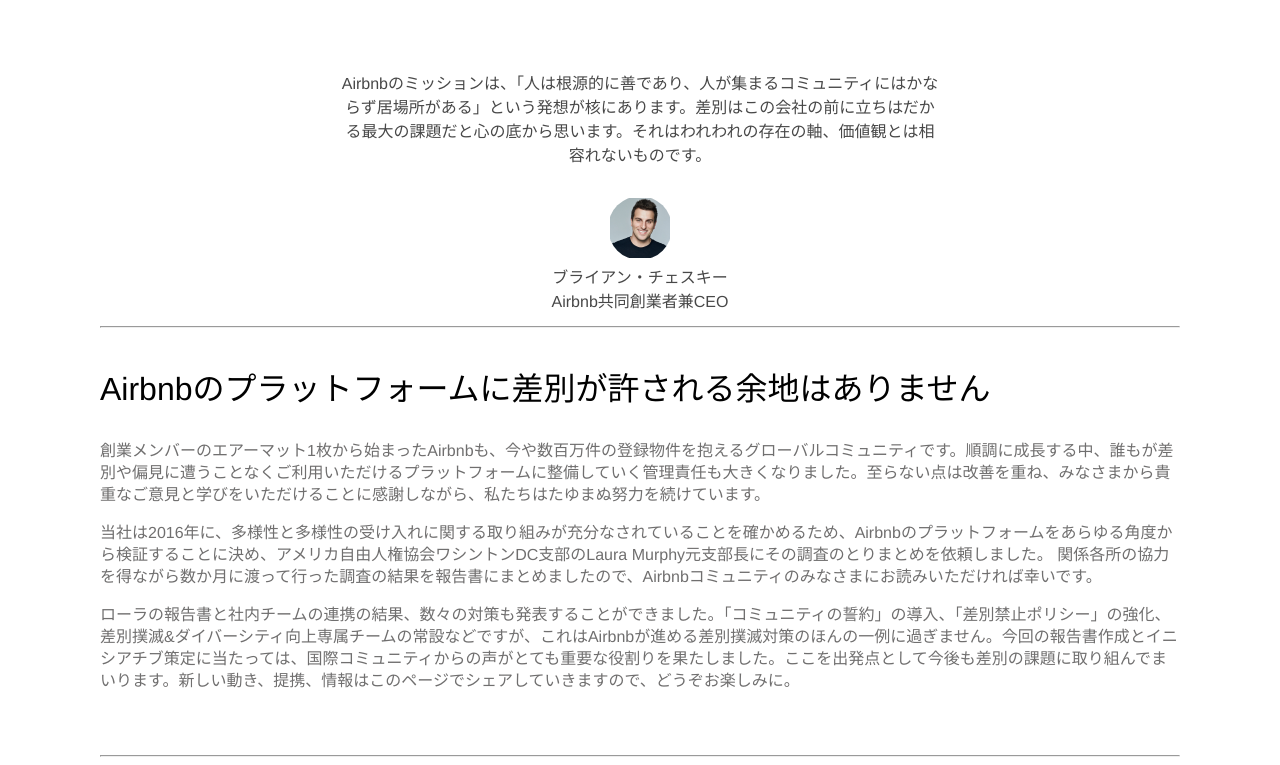
Repository: Ryoma-tech/20200622_htmlcss01
Page: index.html
These files come from the project's save history. The page is drawn as it stood at one moment and after a run of saves; the edit follows.
The browser window is 1280 px wide. The pictures show the part of the page from y = 648 to 1448 px (the page is 1413 px tall before and 1448 px after).

Above is the page before, as saved 2020-06-23 15:52:23.

### index.html
<!DOCTYPE html>
<html lang="en">
<head>
    <meta charset="UTF-8">
    <meta name="viewport" content="width=device-width, initial-scale=1.0">
    <title>Document</title>
    <link rel="stylesheet" href="style.css">
</head>
<body>
    <header>
            <h1><img src="images/Vector.png" alt=""></h1>
            <div class="topSearchBar">
                <img src="images/Frame.png" height="18" width="18" class="searchBarIcon"></img>
                <input type="text" placeholder="探す">
            </div>
            <nav>
                <ul>
                    <li><a href=""><img src="images/Frame (1).png" alt="" height="12" width="12" class="jpIcon"> 日本語(JP)</a></li>
                    <li><a href="">¥ JPY</a></li>
                    <li><a href="">ホストをはじめる</a></li>
                    <li><a href="">ヘルプ</a></li>
                    <li><a href="">登録する</a></li>
                    <li><a href="">ログイン</a></li>
                </ul>
            </nav>
    </header>
    <main>
        <div class="topWrapper">
                <div class="topMessage">
                    <h1>多様な国際コミュニティが、<br>Airbnbを生かす</h1>
                    <p>あらゆるホストとゲストを受け容れるプラットフォームを築くことが、Airbnbの一番大きな目標です。私たちは常に改善を続けていきます。</p>
                </div>
        </div>
        <article>
            <section>
                <div class="container">
                    <div class="section1">
                        <div class="desc1">
                            <p>Airbnbのミッションは、「人は根源的に善であり、人が集まるコミュニティにはかならず居場所がある」という発想が核にあります。差別はこの会社の前に立ちはだかる最大の課題だと心の底から思います。それはわれわれの存在の軸、価値観とは相容れないものです。
                            </p>
                        </div>
                        <div class="ceoProfile">
                            <img src="/images/Rectangle (1).png" alt="">
                            <p>ブライアン・チェスキー</p>
                            <p>Airbnb共同創業者兼CEO</p>
                        </div>
                    </div>
                    <hr>
                </div>
            </section>
            <section>
                <div class="container">
                    <div class="section2">
                        <h2>Airbnbのプラットフォームに差別が許される余地はありません</h2>
                        <p>創業メンバーのエアーマット1枚から始まったAirbnbも、今や数百万件の登録物件を抱えるグローバルコミュニティです。順調に成長する中、誰もが差別や偏見に遭うことなくご利用いただけるプラットフォームに整備していく管理責任も大きくなりました。至らない点は改善を重ね、みなさまから貴重なご意見と学びをいただけることに感謝しながら、私たちはたゆまぬ努力を続けています。</p>
                        <p>当社は2016年に、多様性と多様性の受け入れに関する取り組みが充分なされていることを確かめるため、Airbnbのプラットフォームをあらゆる角度から検証することに決め、アメリカ自由人権協会ワシントンDC支部のLaura
                        Murphy元支部長にその調査のとりまとめを依頼しました。 関係各所の協力を得ながら数か月に渡って行った調査の結果を報告書にまとめましたので、Airbnbコミュニティのみなさまにお読みいただければ幸いです。</p>
                        <p>ローラの報告書と社内チームの連携の結果、数々の対策も発表することができました。「コミュニティの誓約」の導入、「差別禁止ポリシー」の強化、差別撲滅&ダイバーシティ向上専属チームの常設などですが、これはAirbnbが進める差別撲滅対策のほんの一例に過ぎません。今回の報告書作成とイニシアチブ策定に当たっては、国際コミュニティからの声がとても重要な役割りを果たしました。ここを出発点として今後も差別の課題に取り組んでまいります。新しい動き、提携、情報はこのページでシェアしていきますので、どうぞお楽しみに。</p>
                    </div>
                    <hr>
                </div>
            </section>
        </article>
    </main>
</body>
</html>

### style.css
html, body, div, span, object, iframe, h1, h2, h3, h4, h5, h6, p, blockquote, pre, abbr, address, cite, code, del, dfn, em, img, ins, kbd, q, samp, small, strong, sub, sup, var, b, i, dl, dt, dd, ol, ul, li, fieldset, form, label, legend, table, caption, tbody, tfoot, thead, tr, th, td, article, aside, canvas, details, figcaption, figure, footer, header, hgroup, menu, nav, section, summary, time, mark, audio, video {
    margin: 0;
    font-family: Helvetica Neue;
}

* {
    box-sizing: border-box;
}

li {
    list-style: none;
}

a {
    text-decoration: none;
    color: black;
}

.container {
    max-width: 1080px;
    margin: 0 auto;
}

header {
    display: flex;
    justify-content: space-between;
    align-items: center;
    height: 80px;
}

header>h1>img {
    height: 34px;
    width: 34px;
    margin: 23px;
}

header>h1 {
    margin-right: auto;
}

.topSearchBar input {
    border: none;
}

.topSearchBar input:focus {
    outline: none;
}

.topSearchBar {
    position: absolute;
    left: 100px;
    width: 460px;
    height: 48px;
    left: 80px;
    top: 16px;
    background: #FFFFFF;
    border: 1px solid #EBEBEB;
    box-sizing: border-box;
    box-shadow: 0px 2px 4px rgba(0, 0, 0, 0.1);
    border-radius: 4px;
    transition: all 0.5s;
}

.topSearchBar:hover {
    width: 700px;
    box-shadow: 0px 3px 5px rgba(0, 0, 0, 0.1);
}

.searchBarIcon {
    margin-left: 10px;
    margin-top: 12px;
}

.jpIcon {
    vertical-align: middle;
}

nav>ul {
    display: flex;
}

nav>ul>li {
    margin: 16px;
    border-bottom: 1.5px solid rgba(255, 255, 0, 0);
    font-style: normal;
    font-weight: normal;
    font-size: 13px;
    line-height: 80px;
}

nav>ul>li:hover {
    border-bottom: 1.5px solid #555454;
}

.topWrapper {
    margin-top: 3px;
    width: 100%;
    height: 565px;
    background-image: url(https://a0.muscache.com/airbnb/static/diversity/inclusion/Hero1-df91c6cd36186c72029bfa46a8002a5d.jpg);
}

.topMessage {
    position: relative;
    top: 210px;
    color: #fff;
    margin-left: 220px;
    width: 481px;
}

.topMessage h1 {
    font-style: normal;
    font-weight: normal;
    font-size: 35px;
    letter-spacing: 0.9px;
    color: #FFFFFF;
}

.topMessage p {
    letter-spacing: -0.2px;
    color: #fff;
}

article {
    margin-top: 70px;
}

.section1 {
    text-align: center;
    color: #484848;
    margin-bottom: 14px;
}

.desc1 {
    width: 600px;
    margin: 0 auto;
}

.ceoProfile {
    margin-top: 30px;
}

.ceoProfile img {
    width: 64px;
    height: 64px;
    object-fit: cover;
    border-radius: 50%
}

hr {
    width: 100%;
    height: 1px;
    background: #484848;
}

.section2 {
    margin-top: 43px;
    margin-bottom: 63px;
}

.section2 h2 {
    font-style: normal;
    font-weight: normal;
    font-size: 32px;
    line-height: 36px;
    margin-bottom: 33px;
}

.section2 p {
    margin-bottom: 16px;
    color: #706f6f;
    line-height: 22px;
}

After the next 2 saves:
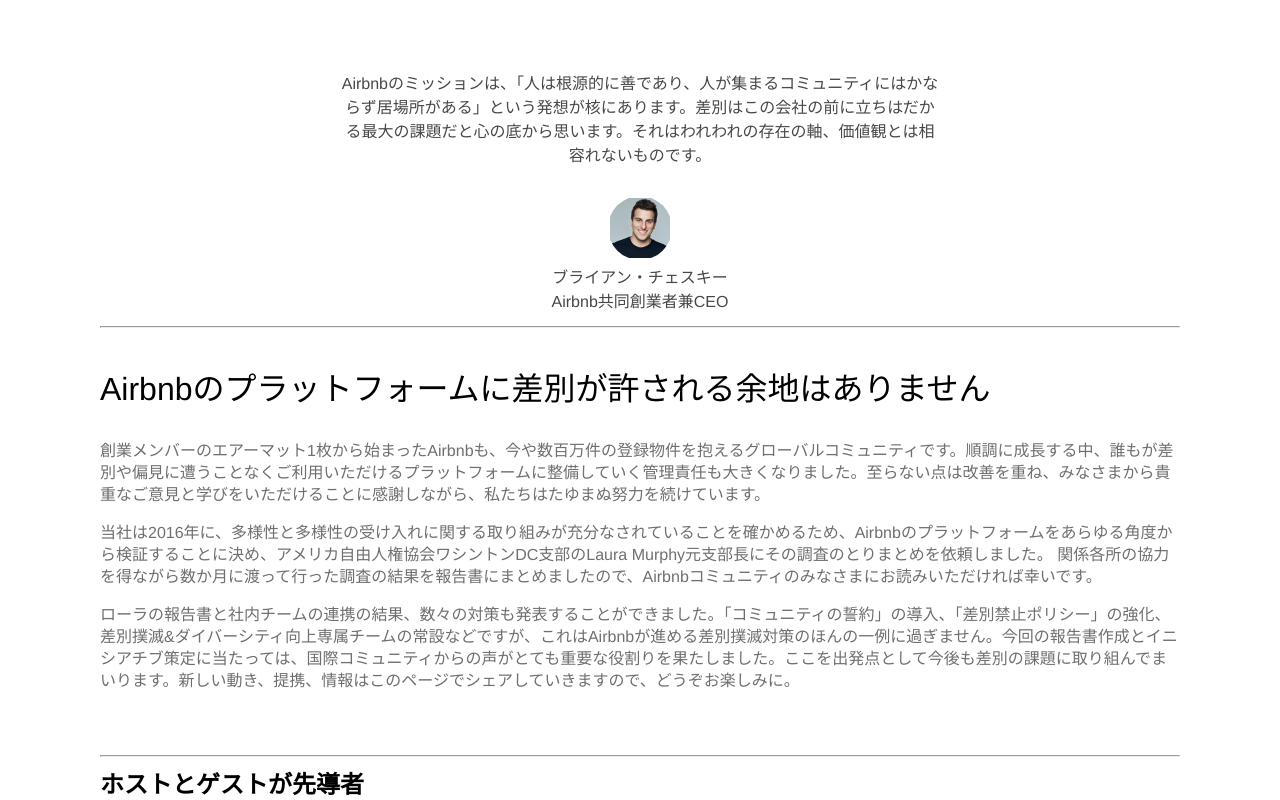
The 2 saves are shown as one change because they came seconds apart.
The last was saved 52 s later.
--- a/index.html
+++ b/index.html
@@ -60,6 +60,12 @@
                     <hr>
                 </div>
             </section>
+            <section>
+                <div class="container">
+                    <h2>ホストとゲストが先導者</h2>
+                    <p></p>
+                </div>
+            </section>
         </article>
     </main>
 </body>
